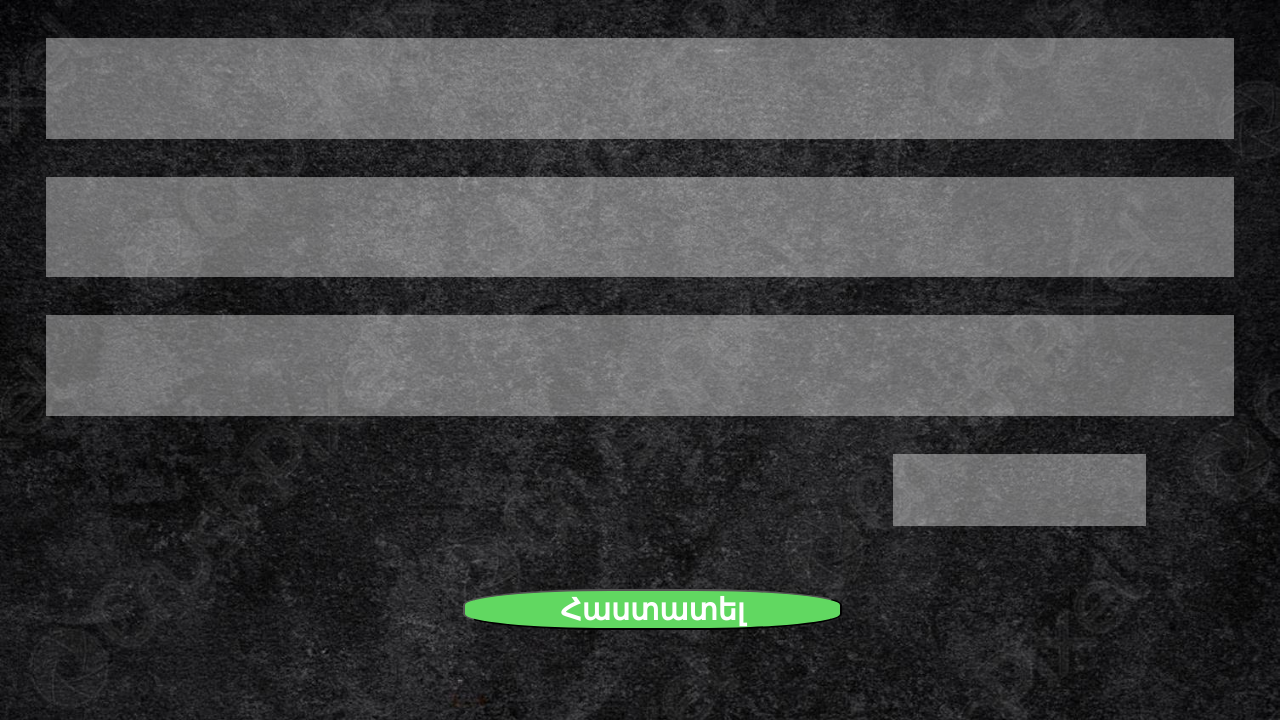
Repository: NarekTovmasyan/PizzaManue
Page: public/basket.html
These files come from the project's save history. The page is drawn as it stood at one moment and after the next save; the edit follows.
The browser window is 1280 px wide. The pictures show the whole page.

Above is the page before, as saved 2022-01-20 13:50:20.

### public/basket.html
<!DOCTYPE html>
<html lang="en">
<head>
    <meta charset="UTF-8">
    <meta http-equiv="X-UA-Compatible" content="IE=edge">
    <meta name="viewport" content="width=device-width, initial-scale=1.0">
    <link rel="stylesheet" href="basket.css">
    <title>BASKET</title>

</head>
<body>
    <div class= "main">
        <div class ="prop">
            <div></div>
            <div></div>
            <div></div>
            <div></div>
            <div></div>
            <div></div>
         </div>
        <div class ="prop">
            <div></div>
            <div></div>
            <div></div>
            <div></div>
            <div></div>
            <div></div>
        </div>
        <div class ="prop">
            <div></div>
            <div></div>
            <div></div>
            <div></div>
            <div></div>
            <div></div>
        </div>
        <div class ="sum"></div>
         <button class = "confirm">Հաստատել</button>
    </div>
</body>
</html>

### public/basket.css
body {
    background-image: url(./images/background.jpg);
    background-repeat: no-repeat;
    background-size: cover;
  }
 .main{
      width: 100%;
      height: 80vh;
}
.prop{
  background-color: rgba(255, 255, 255, 0.377) ;
  color: grey;
  width: 94%;
  height: 14vh;
  margin-top: 3%;
  margin-left: 3%;
}
.sum{
    background-color: rgba(255, 255, 255, 0.377) ;
    width: 20%;
    height: 10vh;
    margin-top: 3%;
    margin-left: 70%;
}

.confirm{
    background-color:rgb(97, 216, 97);
    border-radius: 39%;
    width: 30%;
    text-align:center;
    font-size: 30px;
    font-weight: 700;
    margin-left:36%;
    margin-top: 5%;
    color:white;
    cursor: pointer;
}
.button:hover {
    background-color: rgb(216, 250, 216);
    color: black
  }

After the next save:
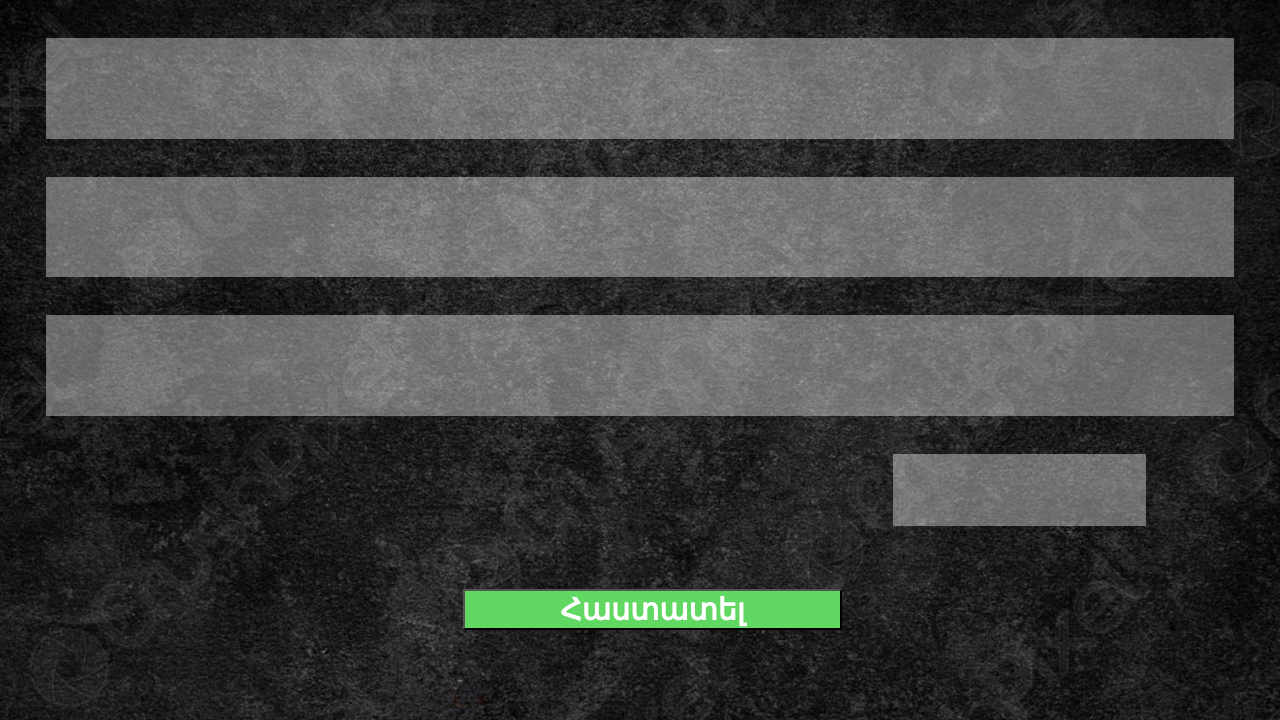
Saved 36 s later.
--- a/public/basket.css
+++ b/public/basket.css
@@ -25,7 +25,7 @@
 
 .confirm{
     background-color:rgb(97, 216, 97);
-    border-radius: 39%;
+
     width: 30%;
     text-align:center;
     font-size: 30px;
